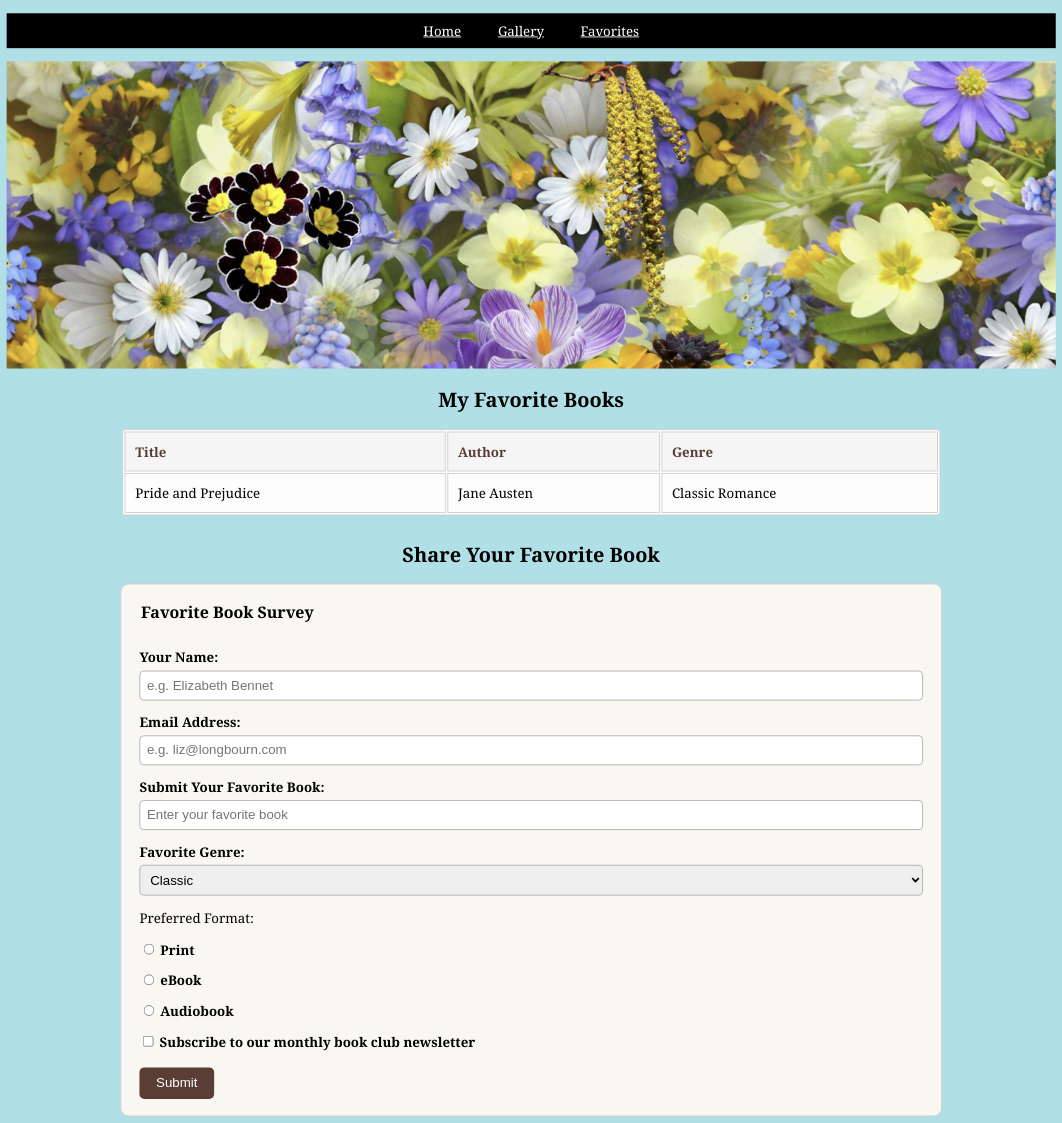
Repository: Brittany-Westlund/WebDesign
Page: Assignment3/favorites.html
An editor plug-in stored every save of this project. The page is shown before and after the next save, followed by the edit.
The browser window is 1280 px wide. The pictures show the whole page, at 83% of full size.

Above is the page before, as saved 2025-06-04 23:05:02.

After the next save:
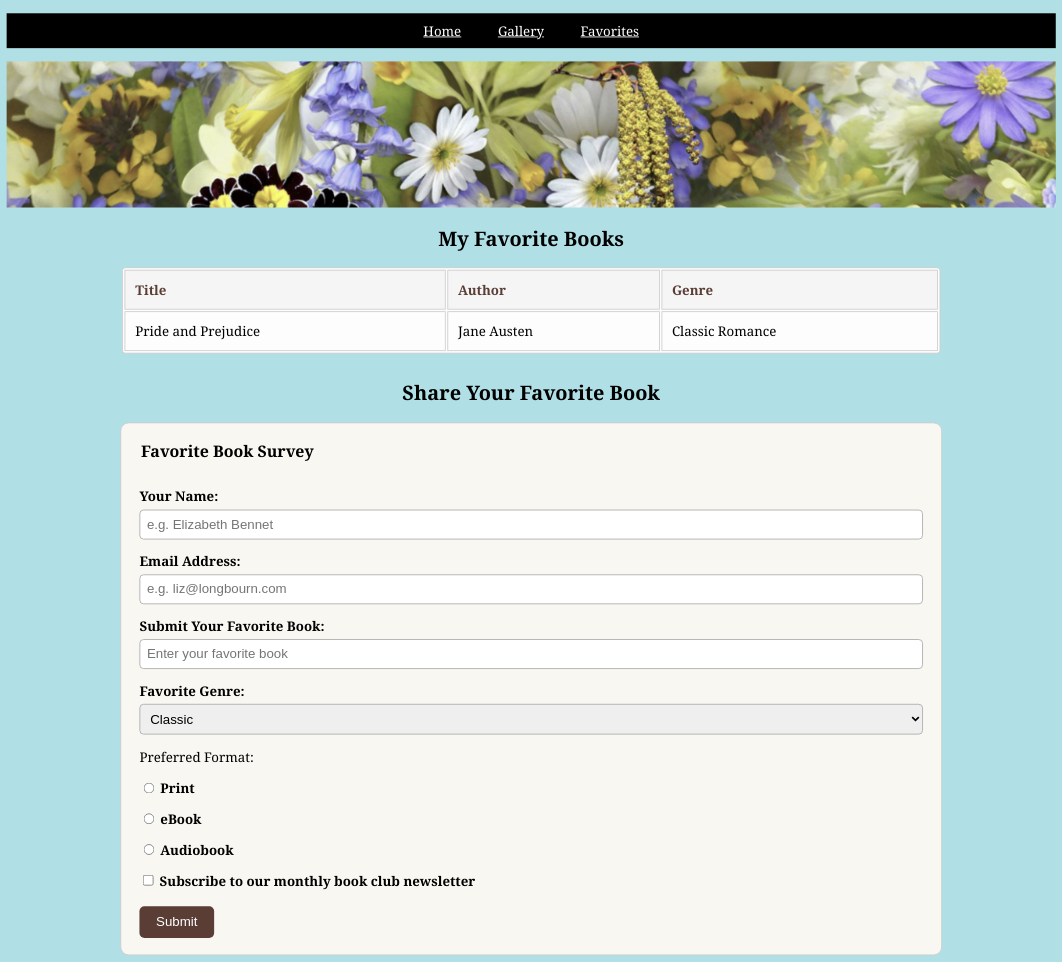
Saved 71 s later.
--- a/Assignment3/favorites.html
+++ b/Assignment3/favorites.html
@@ -16,7 +16,7 @@
   </ul>
 </nav>
 
-<img src="images/wildflowers.png" alt="A closeup of wildflowers.">
+<img src="images/wildflowers-narrow.png" alt="A closeup of wildflowers.">
 
 <h2>My Favorite Books</h2>
 
